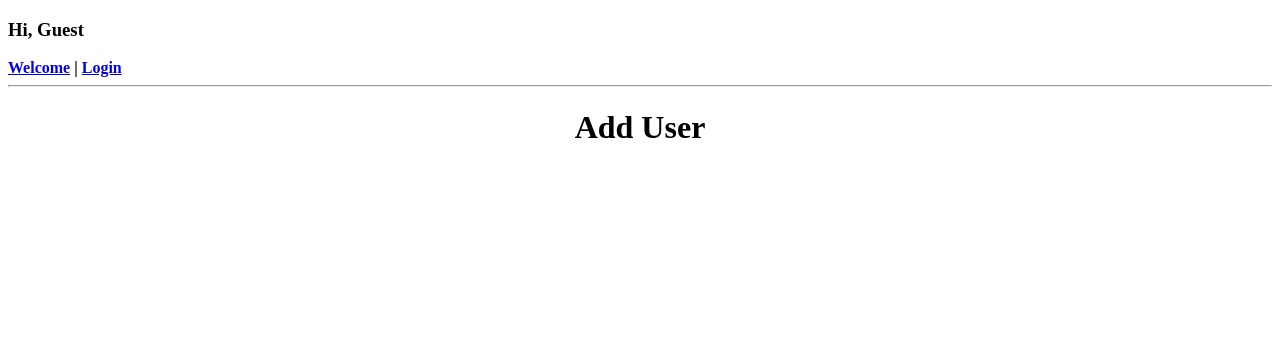
Repository: Suraj141203/DynamicWebProject
Page: http://localhost/advance-java-web/UserView.jsp
An editor plug-in stored every save of this project. The page is shown before and after the next save, followed by the edit.
The browser window is 1280 px wide. The pictures show the whole page.
The page is served by Tomcat 9.

Above is the page before, as saved 2024-08-06 11:50:03.

After the next save:
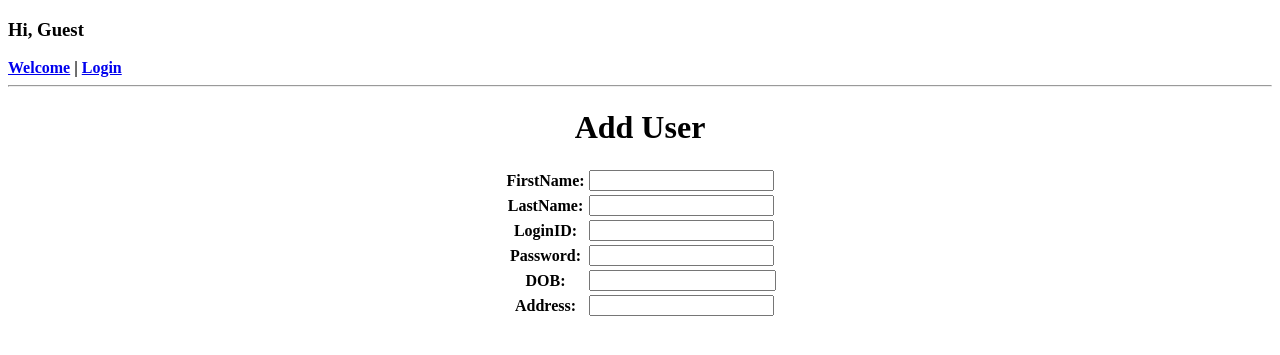
Saved 18 min 6 s later.
--- a/Dynamic Web Project/advance-java-web/WebContent/UserView.jsp
+++ b/Dynamic Web Project/advance-java-web/WebContent/UserView.jsp
@@ -11,28 +11,60 @@
 	<%@ include file="Header.jsp"%>
 	<form action="UserCtl" method="post"></form>
 	<div align="Center">
-	<h1>Add User</h1>
+		<h1>Add User</h1>
 
-	<%
-	       String msg = (String) request.getAttribute("msg");
-	%>
-	<%
-	if(msg != null){
-	%><h3>
-	<font color="red"> <%=msg%></font>
-	</h3>
+		<%
+			String msg = (String) request.getAttribute("msg");
+		%>
+		<%
+			if (msg != null) {
+		%><h3>
+			<font color="red"> <%=msg%></font>
+		</h3>
 
-	<%
-	}
-	%>
+		<%
+			}
+		%>
+		<table>
+
+			<tr>
+				<th>FirstName:</th>
+				<td><input type="text" name="firstName"></td>
+			</tr>
+
+			<tr>
+				<th>LastName:</th>
+				<td><input type="text" name="lastName"></td>
+			</tr>
+
+			<tr>
+				<th>LoginID:</th>
+				<td><input type="text" name="loginId"></td>
+			</tr>
+
+			<tr>
+				<th>Password:</th>
+				<td><input type="text" name="password"></td>
+			</tr>
+
+			<tr>
+				<th>DOB:</th>
+				<td><input type="text" name="dob" style="width: 97%"></td>
+			</tr>
+			<tr>
+				<th>Address:</th>
+				<td><input type="text" name="address"></td>
+			</tr>
 
 
 
 
 
-	</div>
 
 
 
+
+		</table>
+	</div>
 </body>
 </html>
